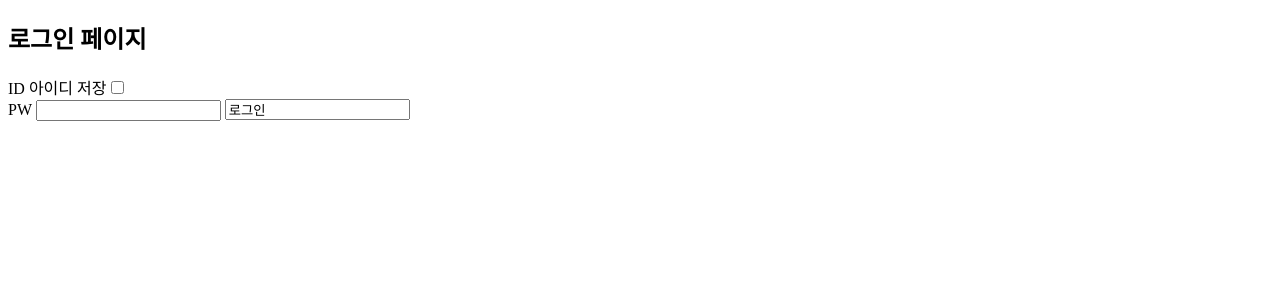
Repository: AHJ2616/Java
Page: http://localhost/board-jsp/04Cookie/idSaveMain.jsp
The author's editor kept a copy of each file at every save. The page is drawn from the files as they stood at one save, then again after the next save.
The browser window is 1280 px wide. The pictures show the whole page.
The page is served by Tomcat 9.

Above is the page before, as saved 2024-07-24 04:10:19.

After the next save:
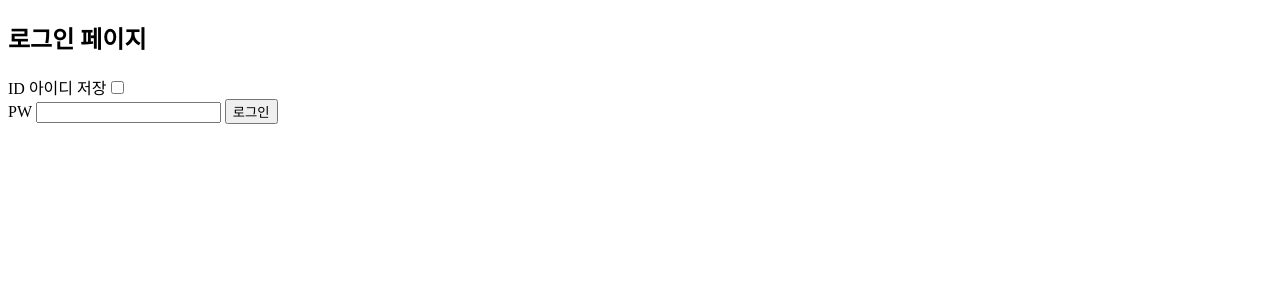
Saved 5 s later.
--- a/jsp_workspace/board-jsp/src/main/webapp/04Cookie/idSaveMain.jsp
+++ b/jsp_workspace/board-jsp/src/main/webapp/04Cookie/idSaveMain.jsp
@@ -25,7 +25,7 @@
  아이디 저장<input type="checkbox" name="save_check" value="yes" <%= cookieCheck %> />
 <br>
 PW <input type= "password" name="user_pw" />
-<input type= "subnit" value="로그인">
+<input type= "submit" value="로그인">
 
 </form>
 </body>
